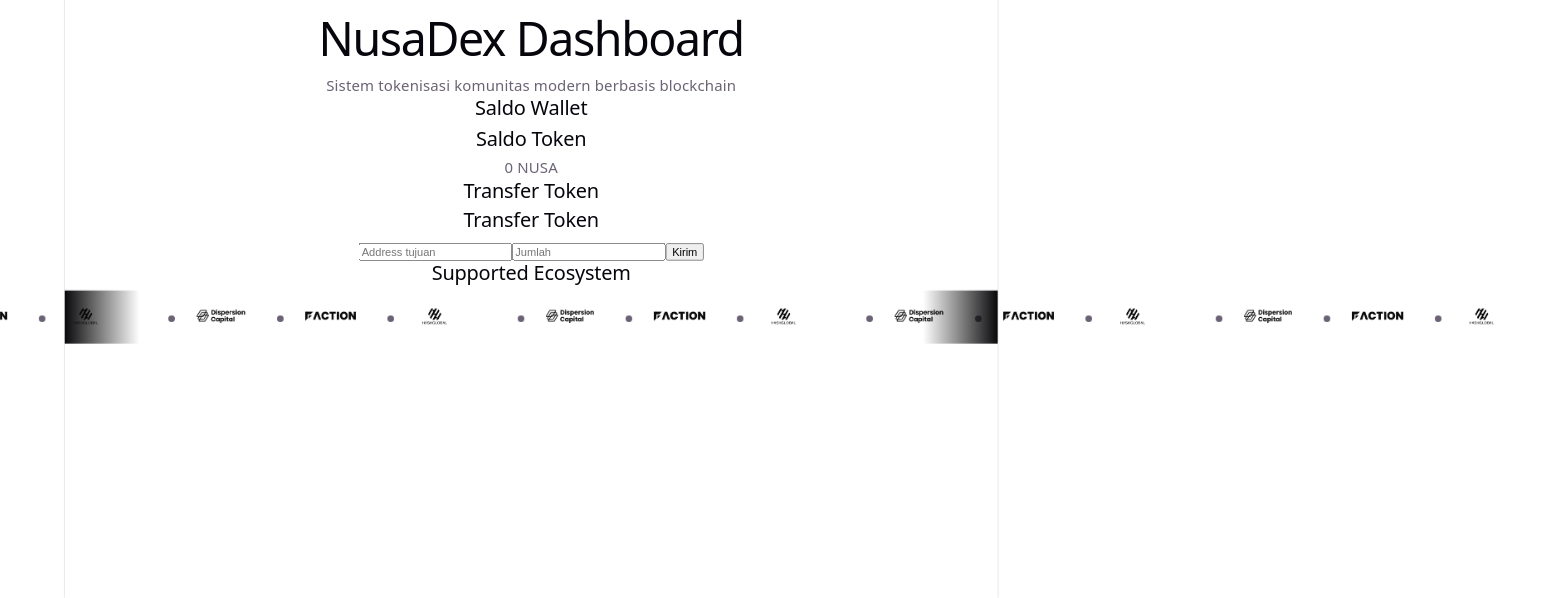
Repository: Danang-adi/Zentrix
Page: / (app in frontend-react/)
These files come from the project's save history. The page is drawn as it stood at one moment and after the next save; the edit follows.
The browser window is 1280 px wide. The page is 1868 px wide, so the pictures cover 1868 px, including what lies to the right of the window. The pictures show the whole page, at 83% of full size.
The page's requests for data from a server got no answer. The project was rebuilt for these pictures with package versions that can differ from the ones it lists, and the page was loaded fresh each time. No one was signed in, and anything a server would have sent is missing. Also part of the build but not shown: frontend-react/vite.config.ts.

Above is the page before, as saved 2026-04-25 19:54:23.

### frontend-react/index.html
<!doctype html>
<html lang="en">
  <head>
    <meta charset="UTF-8" />
    <link rel="icon" type="image/svg+xml" href="/favicon.svg" />
    <meta name="viewport" content="width=device-width, initial-scale=1.0" />
    <title>frontend-react</title>
  </head>
  <body>
    <div id="root"></div>
    <script type="module" src="/src/main.tsx"></script>
  </body>
</html>

### frontend-react/src/index.css
:root {
  --text: #6b6375;
  --text-h: #08060d;
  --bg: #fff;
  --border: #e5e4e7;
  --code-bg: #f4f3ec;
  --accent: #aa3bff;
  --accent-bg: rgba(170, 59, 255, 0.1);
  --accent-border: rgba(170, 59, 255, 0.5);
  --social-bg: rgba(244, 243, 236, 0.5);
  --shadow:
    rgba(0, 0, 0, 0.1) 0 10px 15px -3px, rgba(0, 0, 0, 0.05) 0 4px 6px -2px;

  --sans: system-ui, 'Segoe UI', Roboto, sans-serif;
  --heading: system-ui, 'Segoe UI', Roboto, sans-serif;
  --mono: ui-monospace, Consolas, monospace;

  font: 18px/145% var(--sans);
  letter-spacing: 0.18px;
  color-scheme: light dark;
  color: var(--text);
  background: var(--bg);
  font-synthesis: none;
  text-rendering: optimizeLegibility;
  -webkit-font-smoothing: antialiased;
  -moz-osx-font-smoothing: grayscale;

  @media (max-width: 1024px) {
    font-size: 16px;
  }
}

@media (prefers-color-scheme: dark) {
  :root {
    --text: #9ca3af;
    --text-h: #f3f4f6;
    --bg: #b5b9ce;
    --border: #2e303a;
    --code-bg: #1f2028;
    --accent: #c084fc;
    --accent-bg: rgba(192, 132, 252, 0.15);
    --accent-border: rgba(192, 132, 252, 0.5);
    --social-bg: rgba(47, 48, 58, 0.5);
    --shadow:
      rgba(0, 0, 0, 0.4) 0 10px 15px -3px, rgba(0, 0, 0, 0.25) 0 4px 6px -2px;
  }

  #social .button-icon {
    filter: invert(1) brightness(2);
  }
}

#root {
  width: 1126px;
  max-width: 100%;
  margin: 0 auto;
  text-align: center;
  border-inline: 1px solid var(--border);
  min-height: 100svh;
  display: flex;
  flex-direction: column;
  box-sizing: border-box;
}

body {
  margin: 0;
}

h1,
h2 {
  font-family: var(--heading);
  font-weight: 500;
  color: var(--text-h);
}

h1 {
  font-size: 56px;
  letter-spacing: -1.68px;
  margin: 32px 0;
  @media (max-width: 1024px) {
    font-size: 36px;
    margin: 20px 0;
  }
}
h2 {
  font-size: 24px;
  line-height: 118%;
  letter-spacing: -0.24px;
  margin: 0 0 8px;
  @media (max-width: 1024px) {
    font-size: 20px;
  }
}
p {
  margin: 0;
}

code,
.counter {
  font-family: var(--mono);
  display: inline-flex;
  border-radius: 4px;
  color: var(--text-h);
}

code {
  font-size: 15px;
  line-height: 135%;
  padding: 4px 8px;
  background: var(--code-bg);
}

### frontend-react/src/App.tsx
import BalanceCard from "./components/BalanceCard";
import TransferForm from "./components/TransferForm";
import LogoLoop from "./components/LogoLoop";

import dispersion from "./assets/dispersion.png";
import faction from "./assets/faction.png";
import hashglobal from "./assets/hashglobal.png";

function App() {
  const cryptoLogos = [
    { src: dispersion, alt: "Ethereum", href: "#" },
    { src: faction, alt: "Bitcoin", href: "#" },
    { src: hashglobal, alt: "Solana", href: "#" },
  ];

  return (
    <div className="min-h-screen bg-zinc-950 text-white px-6 py-10">
      <div className="mx-auto max-w-6xl">
        {/* Header */}
        <div className="mb-10 text-center">
          <h1 className="text-5xl font-bold tracking-tight bg-gradient-to-r from-cyan-400 to-blue-500 bg-clip-text text-transparent">
            NusaDex Dashboard
          </h1>
          <p className="mt-3 text-zinc-400 text-lg">
            Sistem tokenisasi komunitas modern berbasis blockchain
          </p>
        </div>

        {/* Main Grid */}
        <div className="grid gap-6 md:grid-cols-2">
          {/* Balance */}
          <div className="rounded-2xl border border-zinc-800 bg-zinc-900/70 p-6 shadow-xl backdrop-blur">
            <h2 className="mb-4 text-xl font-semibold text-cyan-400">
              Saldo Wallet
            </h2>
            <BalanceCard />
          </div>

          {/* Transfer */}
          <div className="rounded-2xl border border-zinc-800 bg-zinc-900/70 p-6 shadow-xl backdrop-blur">
            <h2 className="mb-4 text-xl font-semibold text-blue-400">
              Transfer Token
            </h2>
            <TransferForm />
          </div>
        </div>

        {/* Logo Loop */}
        <div className="mt-12 rounded-2xl border border-zinc-800 bg-zinc-900/70 p-6 shadow-xl backdrop-blur">
          <h2 className="mb-6 text-center text-xl font-semibold text-zinc-200">
            Supported Ecosystem
          </h2>

          <div className="relative h-28 overflow-hidden">
            <LogoLoop
              logos={cryptoLogos}
              speed={60}
              direction="left"
              logoHeight={22}
              gap={50}
              pauseOnHover
              scaleOnHover
              fadeOut
              fadeOutColor="#09090b"
              ariaLabel="Crypto Partners"
            />
          </div>
        </div>
      </div>
    </div>
  );
}

export default App;

### frontend-react/src/components/BalanceCard.jsx
import { useEffect, useState } from "react";
import { getBalance } from "../api/blockchain";

export default function BalanceCard() {
  const [balance, setBalance] = useState("0");

  const address =
    "0xf39Fd6e51aad88F6F4ce6aB8827279cffFb92266";

  useEffect(() => {
    loadBalance();
  }, []);

  const loadBalance = async () => {
  const res = await getBalance(address);
  console.log(res.data);
  setBalance(res.data.balance);
};

  return (
    <div>
      <h2>Saldo Token</h2>
      <p>{balance} NUSA</p>
    </div>
  );
}

### frontend-react/src/components/TransferForm.jsx
import { useState } from "react";
import { transferToken } from "../api/blockchain";

export default function TransferForm() {
  const [to, setTo] = useState("");
  const [amount, setAmount] = useState("");

const submit = async () => {
  const res = await transferToken({ to, amount });

  alert("Success");

  loadBalance(); // refresh saldo
};

  return (
    <div>
      <h2>Transfer Token</h2>

      <input
        placeholder="Address tujuan"
        value={to}
        onChange={(e) => setTo(e.target.value)}
      />

      <input
        placeholder="Jumlah"
        value={amount}
        onChange={(e) => setAmount(e.target.value)}
      />

      <button onClick={submit}>Kirim</button>
    </div>
  );
}

### frontend-react/src/components/LogoLoop.jsx
import { useCallback, useEffect, useMemo, useRef, useState, memo } from 'react';
import './LogoLoop.css';

const ANIMATION_CONFIG = { SMOOTH_TAU: 0.25, MIN_COPIES: 2, COPY_HEADROOM: 2 };

const toCssLength = value => (typeof value === 'number' ? `${value}px` : (value ?? undefined));

const useResizeObserver = (callback, elements, dependencies) => {
  useEffect(() => {
    if (!window.ResizeObserver) {
      const handleResize = () => callback();
      window.addEventListener('resize', handleResize);
      callback();
      return () => window.removeEventListener('resize', handleResize);
    }
    const observers = elements.map(ref => {
      if (!ref.current) return null;
      const observer = new ResizeObserver(callback);
      observer.observe(ref.current);
      return observer;
    });
    callback();
    return () => {
      observers.forEach(observer => observer?.disconnect());
    };
  }, [callback, elements, dependencies]);
};

const useImageLoader = (seqRef, onLoad, dependencies) => {
  useEffect(() => {
    const images = seqRef.current?.querySelectorAll('img') ?? [];
    if (images.length === 0) {
      onLoad();
      return;
    }
    let remainingImages = images.length;
    const handleImageLoad = () => {
      remainingImages -= 1;
      if (remainingImages === 0) onLoad();
    };
    images.forEach(img => {
      const htmlImg = img;
      if (htmlImg.complete) {
        handleImageLoad();
      } else {
        htmlImg.addEventListener('load', handleImageLoad, { once: true });
        htmlImg.addEventListener('error', handleImageLoad, { once: true });
      }
    });
    return () => {
      images.forEach(img => {
        img.removeEventListener('load', handleImageLoad);
        img.removeEventListener('error', handleImageLoad);
      });
    };
  }, [onLoad, seqRef, dependencies]);
};

const useAnimationLoop = (trackRef, targetVelocity, seqWidth, seqHeight, isHovered, hoverSpeed, isVertical) => {
  const rafRef = useRef(null);
  const lastTimestampRef = useRef(null);
  const offsetRef = useRef(0);
  const velocityRef = useRef(0);

  useEffect(() => {
    const track = trackRef.current;
    if (!track) return;

    const seqSize = isVertical ? seqHeight : seqWidth;

    if (seqSize > 0) {
      offsetRef.current = ((offsetRef.current % seqSize) + seqSize) % seqSize;
      const transformValue = isVertical
        ? `translate3d(0, ${-offsetRef.current}px, 0)`
        : `translate3d(${-offsetRef.current}px, 0, 0)`;
      track.style.transform = transformValue;
    }

    const animate = timestamp => {
      if (lastTimestampRef.current === null) {
        lastTimestampRef.current = timestamp;
      }

      const deltaTime = Math.max(0, timestamp - lastTimestampRef.current) / 1000;
      lastTimestampRef.current = timestamp;

      const target = isHovered && hoverSpeed !== undefined ? hoverSpeed : targetVelocity;

      const easingFactor = 1 - Math.exp(-deltaTime / ANIMATION_CONFIG.SMOOTH_TAU);
      velocityRef.current += (target - velocityRef.current) * easingFactor;

      if (seqSize > 0) {
        let nextOffset = offsetRef.current + velocityRef.current * deltaTime;
        nextOffset = ((nextOffset % seqSize) + seqSize) % seqSize;
        offsetRef.current = nextOffset;

        const transformValue = isVertical
          ? `translate3d(0, ${-offsetRef.current}px, 0)`
          : `translate3d(${-offsetRef.current}px, 0, 0)`;
        track.style.transform = transformValue;
      }

      rafRef.current = requestAnimationFrame(animate);
    };

    rafRef.current = requestAnimationFrame(animate);

    return () => {
      if (rafRef.current !== null) {
        cancelAnimationFrame(rafRef.current);
        rafRef.current = null;
      }
      lastTimestampRef.current = null;
    };
  }, [targetVelocity, seqWidth, seqHeight, isHovered, hoverSpeed, isVertical, trackRef]);
};

export const LogoLoop = memo(
  ({
    logos,
    speed = 120,
    direction = 'left',
    width = '100%',
    logoHeight = 28,
    gap = 32,
    pauseOnHover,
    hoverSpeed,
    fadeOut = false,
    fadeOutColor,
    scaleOnHover = false,
    renderItem,
    ariaLabel = 'Partner logos',
    className,
    style
  }) => {
    const containerRef = useRef(null);
    const trackRef = useRef(null);
    const seqRef = useRef(null);

    const [seqWidth, setSeqWidth] = useState(0);
    const [seqHeight, setSeqHeight] = useState(0);
    const [copyCount, setCopyCount] = useState(ANIMATION_CONFIG.MIN_COPIES);
    const [isHovered, setIsHovered] = useState(false);

    const effectiveHoverSpeed = useMemo(() => {
      if (hoverSpeed !== undefined) return hoverSpeed;
      if (pauseOnHover === true) return 0;
      if (pauseOnHover === false) return undefined;
      return 0;
    }, [hoverSpeed, pauseOnHover]);

    const isVertical = direction === 'up' || direction === 'down';

    const targetVelocity = useMemo(() => {
      const magnitude = Math.abs(speed);
      let directionMultiplier;
      if (isVertical) {
        directionMultiplier = direction === 'up' ? 1 : -1;
      } else {
        directionMultiplier = direction === 'left' ? 1 : -1;
      }
      const speedMultiplier = speed < 0 ? -1 : 1;
      return magnitude * directionMultiplier * speedMultiplier;
    }, [speed, direction, isVertical]);

    const updateDimensions = useCallback(() => {
      const containerWidth = containerRef.current?.clientWidth ?? 0;
      const sequenceRect = seqRef.current?.getBoundingClientRect?.();
      const sequenceWidth = sequenceRect?.width ?? 0;
      const sequenceHeight = sequenceRect?.height ?? 0;
      if (isVertical) {
        const parentHeight = containerRef.current?.parentElement?.clientHeight ?? 0;
        if (containerRef.current && parentHeight > 0) {
          const targetHeight = Math.ceil(parentHeight);
          if (containerRef.current.style.height !== `${targetHeight}px`)
            containerRef.current.style.height = `${targetHeight}px`;
        }
        if (sequenceHeight > 0) {
          setSeqHeight(Math.ceil(sequenceHeight));
          const viewport = containerRef.current?.clientHeight ?? parentHeight ?? sequenceHeight;
          const copiesNeeded = Math.ceil(viewport / sequenceHeight) + ANIMATION_CONFIG.COPY_HEADROOM;
          setCopyCount(Math.max(ANIMATION_CONFIG.MIN_COPIES, copiesNeeded));
        }
      } else if (sequenceWidth > 0) {
        setSeqWidth(Math.ceil(sequenceWidth));
        const copiesNeeded = Math.ceil(containerWidth / sequenceWidth) + ANIMATION_CONFIG.COPY_HEADROOM;
        setCopyCount(Math.max(ANIMATION_CONFIG.MIN_COPIES, copiesNeeded));
      }
    }, [isVertical]);

    useResizeObserver(updateDimensions, [containerRef, seqRef], [logos, gap, logoHeight, isVertical]);

    useImageLoader(seqRef, updateDimensions, [logos, gap, logoHeight, isVertical]);

    useAnimationLoop(trackRef, targetVelocity, seqWidth, seqHeight, isHovered, effectiveHoverSpeed, isVertical);

    const cssVariables = useMemo(
      () => ({
        '--logoloop-gap': `${gap}px`,
        '--logoloop-logoHeight': `${logoHeight}px`,
        ...(fadeOutColor && { '--logoloop-fadeColor': fadeOutColor })
      }),
      [gap, logoHeight, fadeOutColor]
    );

    const rootClassName = useMemo(
      () =>
        [
          'logoloop',
          isVertical ? 'logoloop--vertical' : 'logoloop--horizontal',
          fadeOut && 'logoloop--fade',
          scaleOnHover && 'logoloop--scale-hover',
          className
        ]
          .filter(Boolean)
          .join(' '),
      [isVertical, fadeOut, scaleOnHover, className]
    );

    const handleMouseEnter = useCallback(() => {
      if (effectiveHoverSpeed !== undefined) setIsHovered(true);
    }, [effectiveHoverSpeed]);
    const handleMouseLeave = useCallback(() => {
      if (effectiveHoverSpeed !== undefined) setIsHovered(false);
    }, [effectiveHoverSpeed]);

    const renderLogoItem = useCallback(
      (item, key) => {
        if (renderItem) {
          return (
            <li className="logoloop__item" key={key} role="listitem">
              {renderItem(item, key)}
            </li>
          );
        }
        const isNodeItem = 'node' in item;
        const content = isNodeItem ? (
          <span className="logoloop__node" aria-hidden={!!item.href && !item.ariaLabel}>
            {item.node}
          </span>
        ) : (
          <img
            src={item.src}
            srcSet={item.srcSet}
            sizes={item.sizes}
            width={item.width}
            height={item.height}
            alt={item.alt ?? ''}
            title={item.title}
            loading="lazy"
            decoding="async"
            draggable={false}
          />
        );
        const itemAriaLabel = isNodeItem ? (item.ariaLabel ?? item.title) : (item.alt ?? item.title);
        const itemContent = item.href ? (
          <a
            className="logoloop__link"
            href={item.href}
            aria-label={itemAriaLabel || 'logo link'}
            target="_blank"
            rel="noreferrer noopener"
          >
            {content}
          </a>
        ) : (
          content
        );
        return (
          <li className="logoloop__item" key={key} role="listitem">
            {itemContent}
          </li>
        );
      },
      [renderItem]
    );

    const logoLists = useMemo(
      () =>
        Array.from({ length: copyCount }, (_, copyIndex) => (
          <ul
            className="logoloop__list"
            key={`copy-${copyIndex}`}
            role="list"
            aria-hidden={copyIndex > 0}
            ref={copyIndex === 0 ? seqRef : undefined}
          >
            {logos.map((item, itemIndex) => renderLogoItem(item, `${copyIndex}-${itemIndex}`))}
          </ul>
        )),
      [copyCount, logos, renderLogoItem]
    );

    const containerStyle = useMemo(
      () => ({
        width: isVertical
          ? toCssLength(width) === '100%'
            ? undefined
            : toCssLength(width)
          : (toCssLength(width) ?? '100%'),
        ...cssVariables,
        ...style
      }),
      [width, cssVariables, style, isVertical]
    );

    return (
      <div ref={containerRef} className={rootClassName} style={containerStyle} role="region" aria-label={ariaLabel}>
        <div className="logoloop__track" ref={trackRef} onMouseEnter={handleMouseEnter} onMouseLeave={handleMouseLeave}>
          {logoLists}
        </div>
      </div>
    );
  }
);

LogoLoop.displayName = 'LogoLoop';

export default LogoLoop;

### frontend-react/src/api/blockchain.js
import axios from "axios";

const API = axios.create({
  baseURL: "http://localhost:3001",
});

export const getBalance = (address) => API.get(`/token/${address}`);

export const transferToken = (data) => API.post("/transfer", data);

### frontend-react/src/components/LogoLoop.css
.logoloop {
  position: relative;

  --logoloop-gap: 32px;
  --logoloop-logoHeight: 28px;
  --logoloop-fadeColorAuto: #ffffff;
}

.logoloop--vertical {
  height: 100%;
  display: inline-block;
}

.logoloop--scale-hover {
  padding-top: calc(var(--logoloop-logoHeight) * 0.1);
  padding-bottom: calc(var(--logoloop-logoHeight) * 0.1);
}

@media (prefers-color-scheme: dark) {
  .logoloop {
    --logoloop-fadeColorAuto: #0b0b0b;
  }
}

.logoloop__track {
  display: flex;
  width: max-content;
  will-change: transform;
  user-select: none;
  position: relative;
  z-index: 0;
}

.logoloop--vertical .logoloop__track {
  flex-direction: column;
  height: max-content;
  width: 100%;
}

.logoloop__list {
  display: flex;
  align-items: center;
}

.logoloop--vertical .logoloop__list {
  flex-direction: column;
}

.logoloop__item {
  flex: 0 0 auto;
  margin-right: var(--logoloop-gap);
  font-size: var(--logoloop-logoHeight);
  line-height: 1;
}

.logoloop--vertical .logoloop__item {
  margin-right: 0;
  margin-bottom: var(--logoloop-gap);
}

.logoloop__item:last-child {
  margin-right: var(--logoloop-gap);
}

.logoloop--vertical .logoloop__item:last-child {
  margin-right: 0;
  margin-bottom: var(--logoloop-gap);
}

.logoloop__node {
  display: inline-flex;
  align-items: center;
}

.logoloop__item img {
  height: var(--logoloop-logoHeight);
  width: auto;
  display: block;
  object-fit: contain;
  image-rendering: -webkit-optimize-contrast;
  -webkit-user-drag: none;
  pointer-events: none;
  transition: transform 0.3s cubic-bezier(0.4, 0, 0.2, 1);
}

.logoloop--scale-hover .logoloop__item {
  overflow: visible;
}

.logoloop--scale-hover .logoloop__item:hover img,
.logoloop--scale-hover .logoloop__item:hover .logoloop__node {
  transform: scale(1.2);
  transform-origin: center center;
}

.logoloop--scale-hover .logoloop__node {
  transition: transform 0.3s cubic-bezier(0.4, 0, 0.2, 1);
}

.logoloop__link {
  display: inline-flex;
  align-items: center;
  text-decoration: none;
  border-radius: 4px;
  transition: opacity 0.2s ease;
}

.logoloop__link:hover {
  opacity: 0.8;
}

.logoloop__link:focus-visible {
  outline: 2px solid currentColor;
  outline-offset: 2px;
}

.logoloop--fade::before,
.logoloop--fade::after {
  content: '';
  position: absolute;
  top: 0;
  bottom: 0;
  width: clamp(24px, 8%, 120px);
  pointer-events: none;
  z-index: 10;
}

.logoloop--fade::before {
  left: 0;
  background: linear-gradient(
    to right,
    var(--logoloop-fadeColor, var(--logoloop-fadeColorAuto)) 0%,
    rgba(0, 0, 0, 0) 100%
  );
}

.logoloop--fade::after {
  right: 0;
  background: linear-gradient(
    to left,
    var(--logoloop-fadeColor, var(--logoloop-fadeColorAuto)) 0%,
    rgba(0, 0, 0, 0) 100%
  );
}

.logoloop--vertical.logoloop--fade::before,
.logoloop--vertical.logoloop--fade::after {
  left: 0;
  right: 0;
  width: 100%;
  height: clamp(24px, 8%, 120px);
}

.logoloop--vertical.logoloop--fade::before {
  top: 0;
  bottom: auto;
  background: linear-gradient(
    to bottom,
    var(--logoloop-fadeColor, var(--logoloop-fadeColorAuto)) 0%,
    rgba(0, 0, 0, 0) 100%
  );
}

.logoloop--vertical.logoloop--fade::after {
  bottom: 0;
  top: auto;
  background: linear-gradient(
    to top,
    var(--logoloop-fadeColor, var(--logoloop-fadeColorAuto)) 0%,
    rgba(0, 0, 0, 0) 100%
  );
}

@media (prefers-reduced-motion: reduce) {
  .logoloop__track {
    transform: translate3d(0, 0, 0) !important;
  }

  .logoloop__item img,
  .logoloop__node {
    transition: none !important;
  }
}

Loaded but not shown: frontend-react/src/main.tsx (common file)

After the next save:
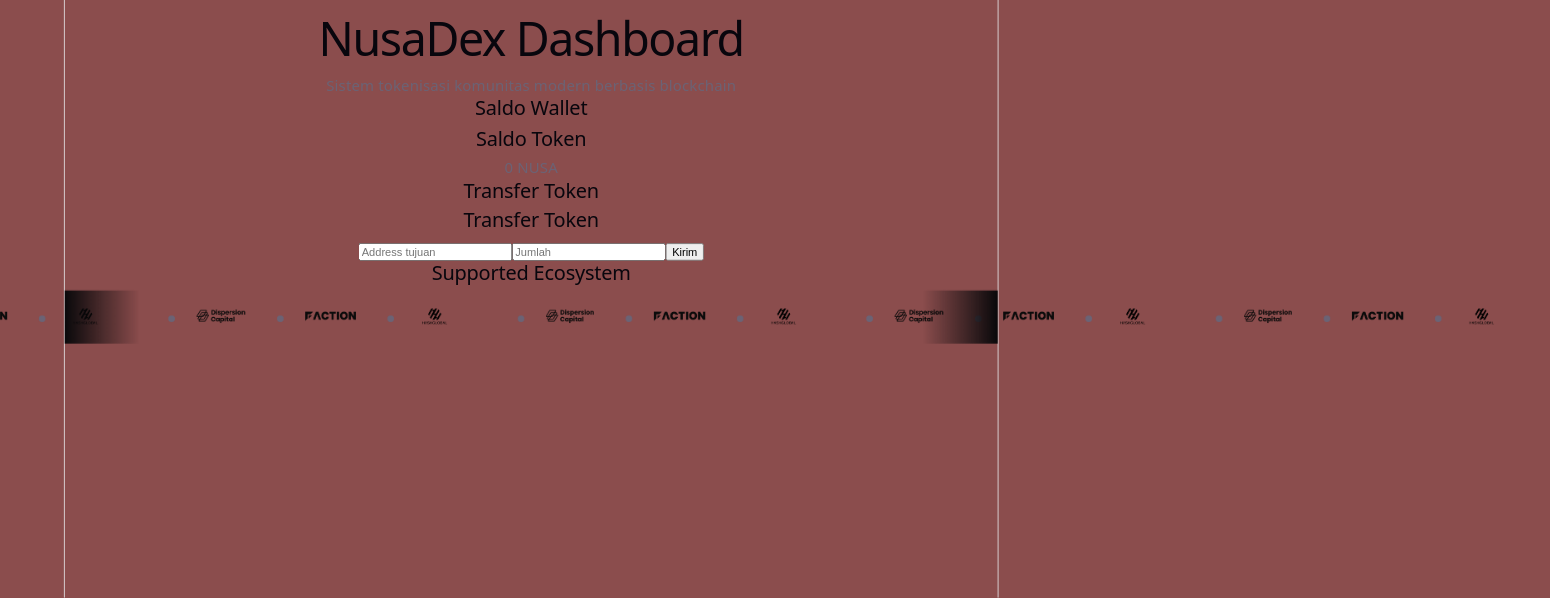
Saved 6 s later.
--- a/frontend-react/src/index.css
+++ b/frontend-react/src/index.css
@@ -1,7 +1,7 @@
 :root {
   --text: #6b6375;
   --text-h: #08060d;
-  --bg: #fff;
+  --bg: #8b4d4d;
   --border: #e5e4e7;
   --code-bg: #f4f3ec;
   --accent: #aa3bff;
